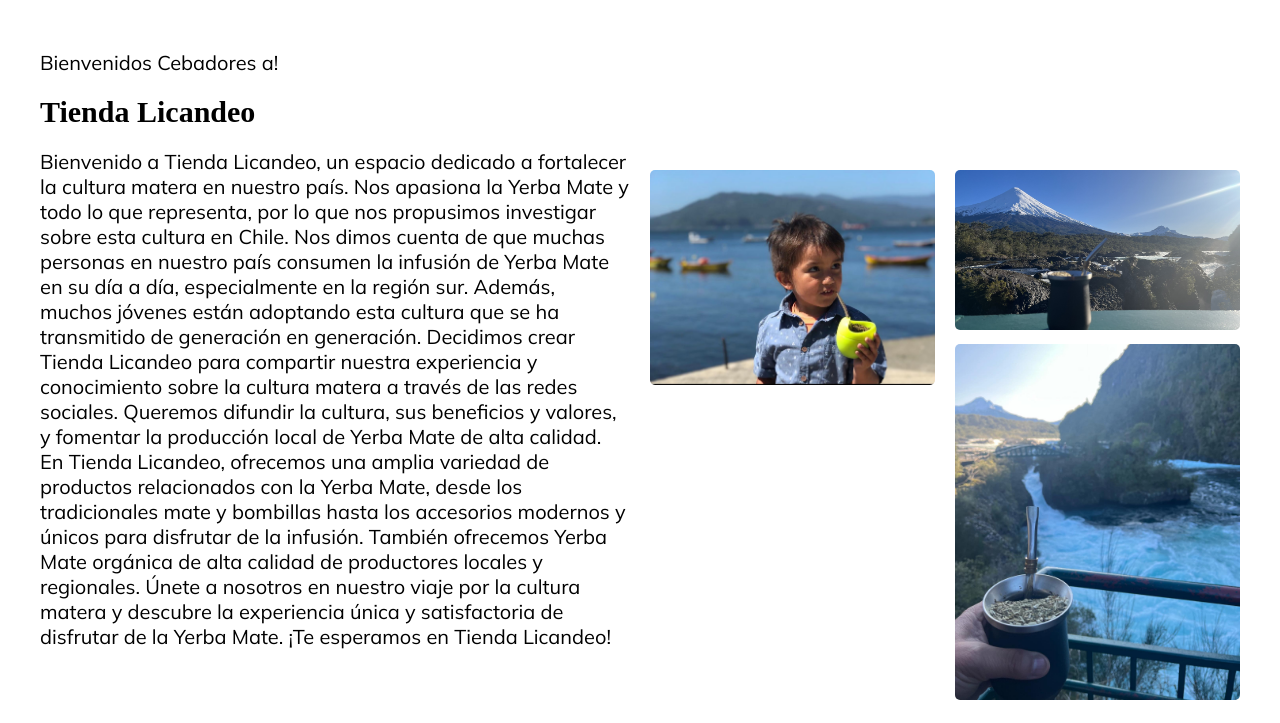
Repository: PiaTrujillo/LICANDEO-main
Page: index.html
An editor plug-in stored every save of this project. The page is shown before and after the next save, followed by the edit.
The browser window is 1280 px wide. The pictures show the part of the page from y = 748 to 1489 px (the page is 1471 px tall before and 1489 px after).
A picture or video elsewhere on the page could not be fetched, so the positions and the page height are approximate. Some web fonts or font styles are not loaded; a fallback is used. Some web libraries are served in a nearby version.

Above is the page before, as saved 2023-05-09 13:00:19.

After the next save:
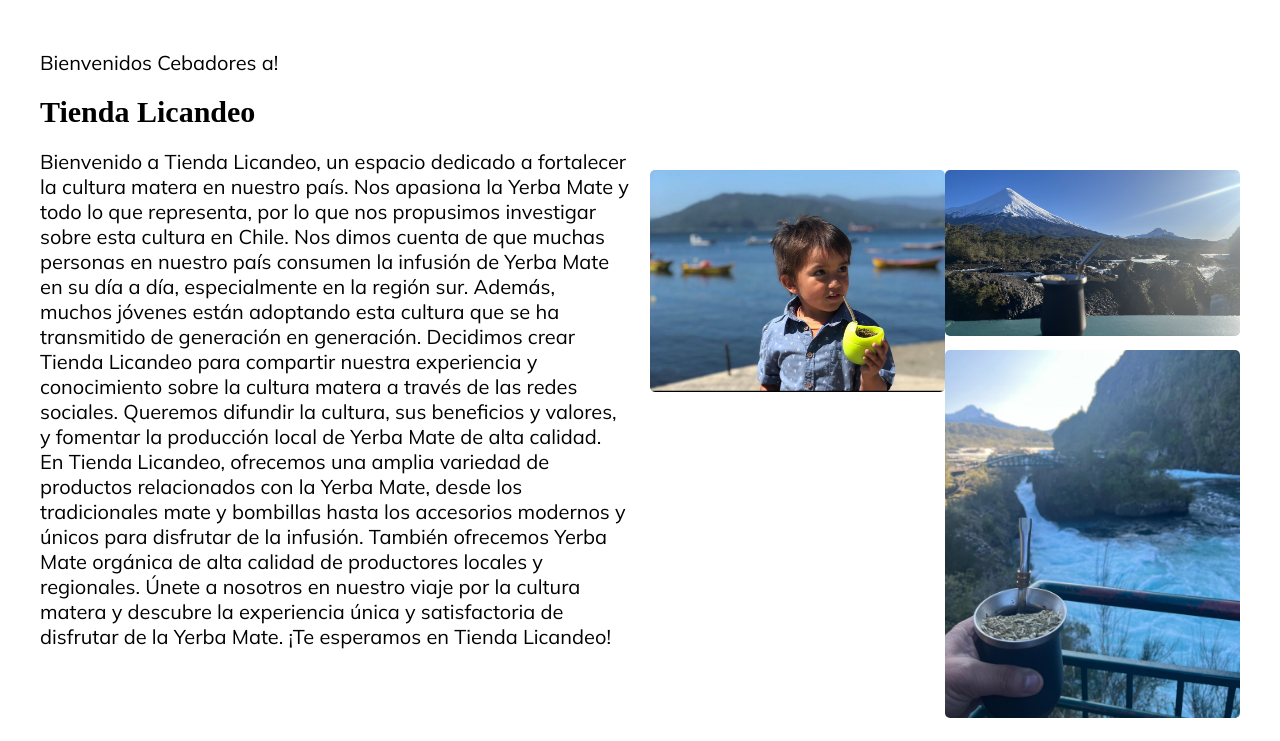
Saved 4 s later.
--- a/css/estilos.css
+++ b/css/estilos.css
@@ -241,7 +241,7 @@
     justify-content: space-between;
 }
 .imagen1, .imagenes2{
-    flex: 0 0 calc(50% - 1rem);
+    flex: 2 0 calc(50% - 1rem);
 }
 .imagenes-nosotros img{
     border-radius: 5px;

After the save that followed:
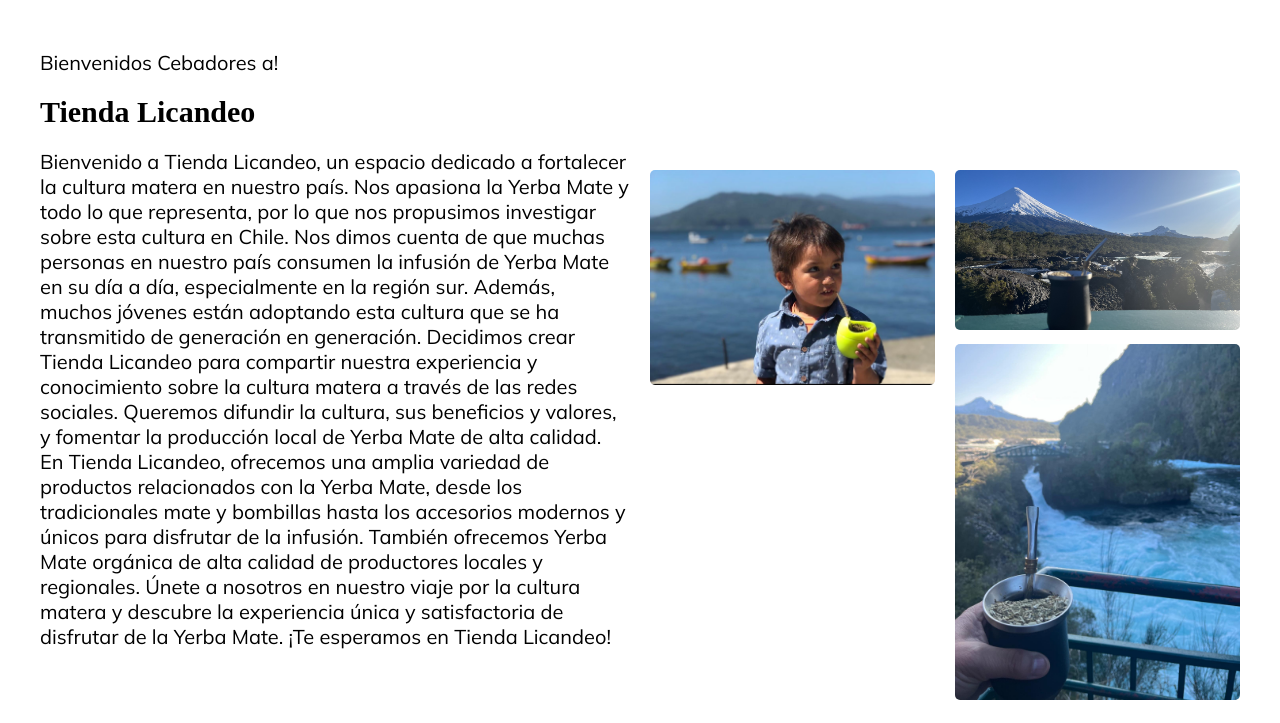
Saved 5 s later.
--- a/css/estilos.css
+++ b/css/estilos.css
@@ -241,7 +241,7 @@
     justify-content: space-between;
 }
 .imagen1, .imagenes2{
-    flex: 2 0 calc(50% - 1rem);
+    flex: 0 0 calc(50% - 1rem);
 }
 .imagenes-nosotros img{
     border-radius: 5px;
